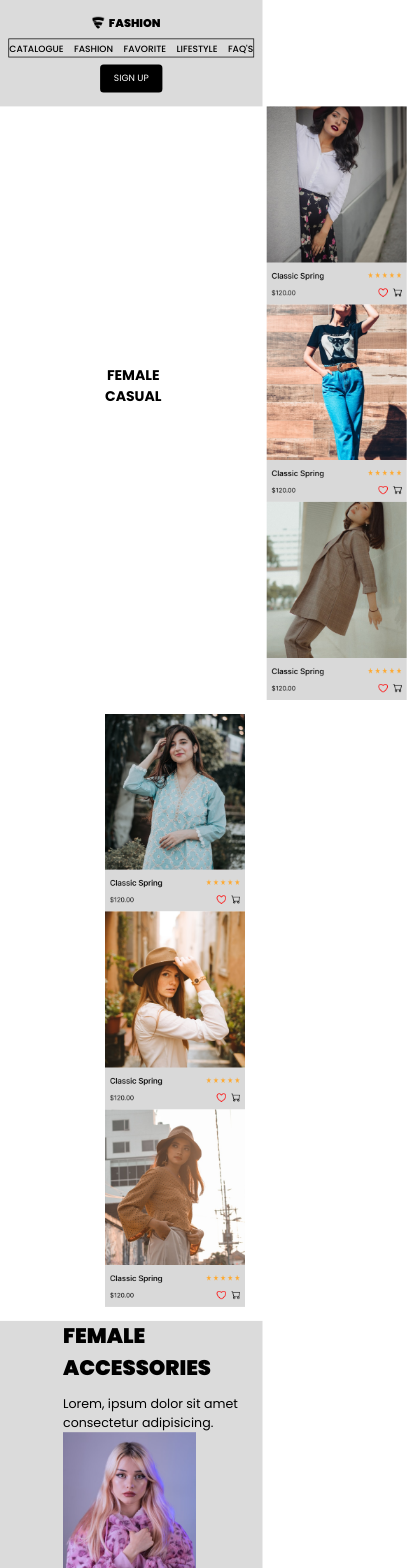
Repository: isaacCodes1/My-Project
Page: lifestyle.html
These files come from the project's save history. The page is drawn as it stood at one moment and after a run of saves; the edit follows.
The browser window is 375 px wide. The page is 591 px wide, so the pictures cover 591 px, including what lies to the right of the window. The pictures show the part of the page from y = 0 to 2240 px (the page is 3774 px tall before and 3816 px after), at 70% of full size.

Above is the page before, as saved 2024-03-21 18:29:44.

After the next 2 saves:
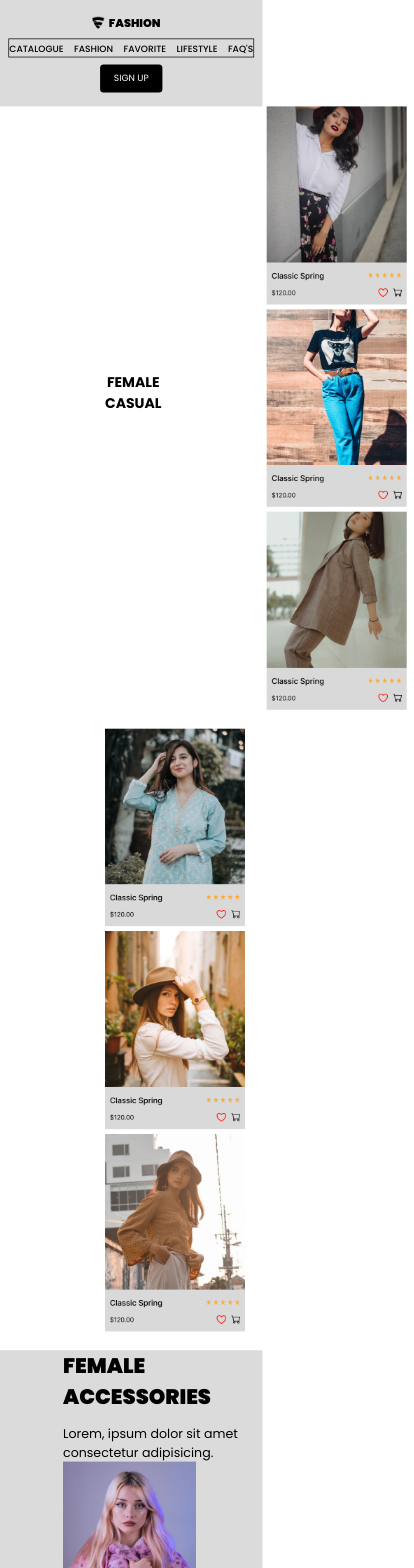
The 2 saves are shown as one change because they came seconds apart.
The last was saved 8 s later.
--- a/Media query.css
+++ b/Media query.css
@@ -161,8 +161,8 @@
     text-align: center;
   }
   .featuredImg {
-    display: flex;
-    flex-direction: column;
+    /* display: flex; */
+    /* flex-direction: column; */
     /* align-items: center; */
     /* justify-content: center; */
   }
